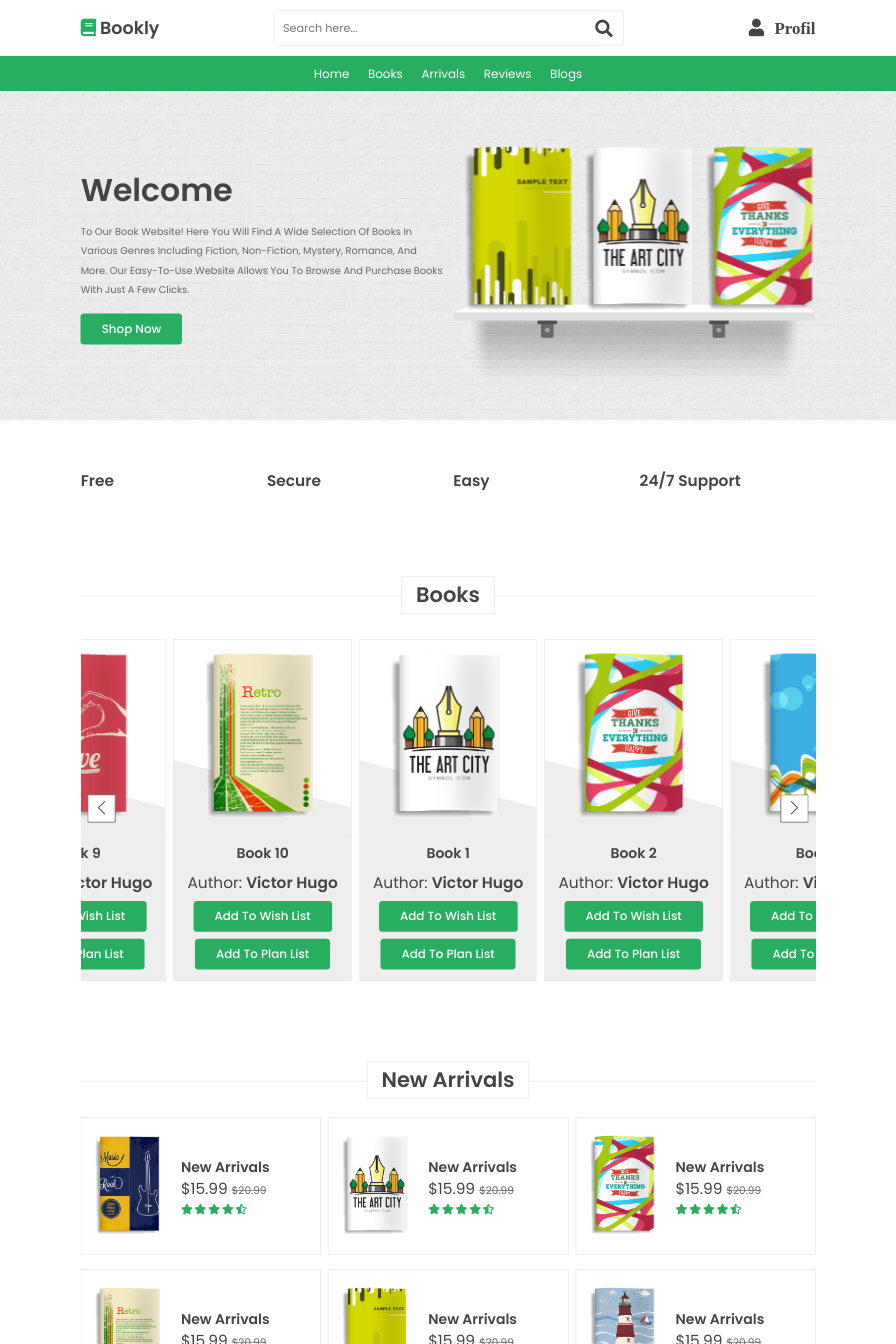
Repository: souhailaniba/Bookly
Page: public/assets/books webstie/index2.html
These files come from the project's save history. The page is drawn as it stood at one moment and after the next save; the edit follows.
The browser window is 1280 px wide. The pictures show the part of the page from y = 0 to 1920 px (the page is 4257 px tall), at 70% of full size.

Above is the page before, as saved 2023-01-27 03:36:58.

After the next save:
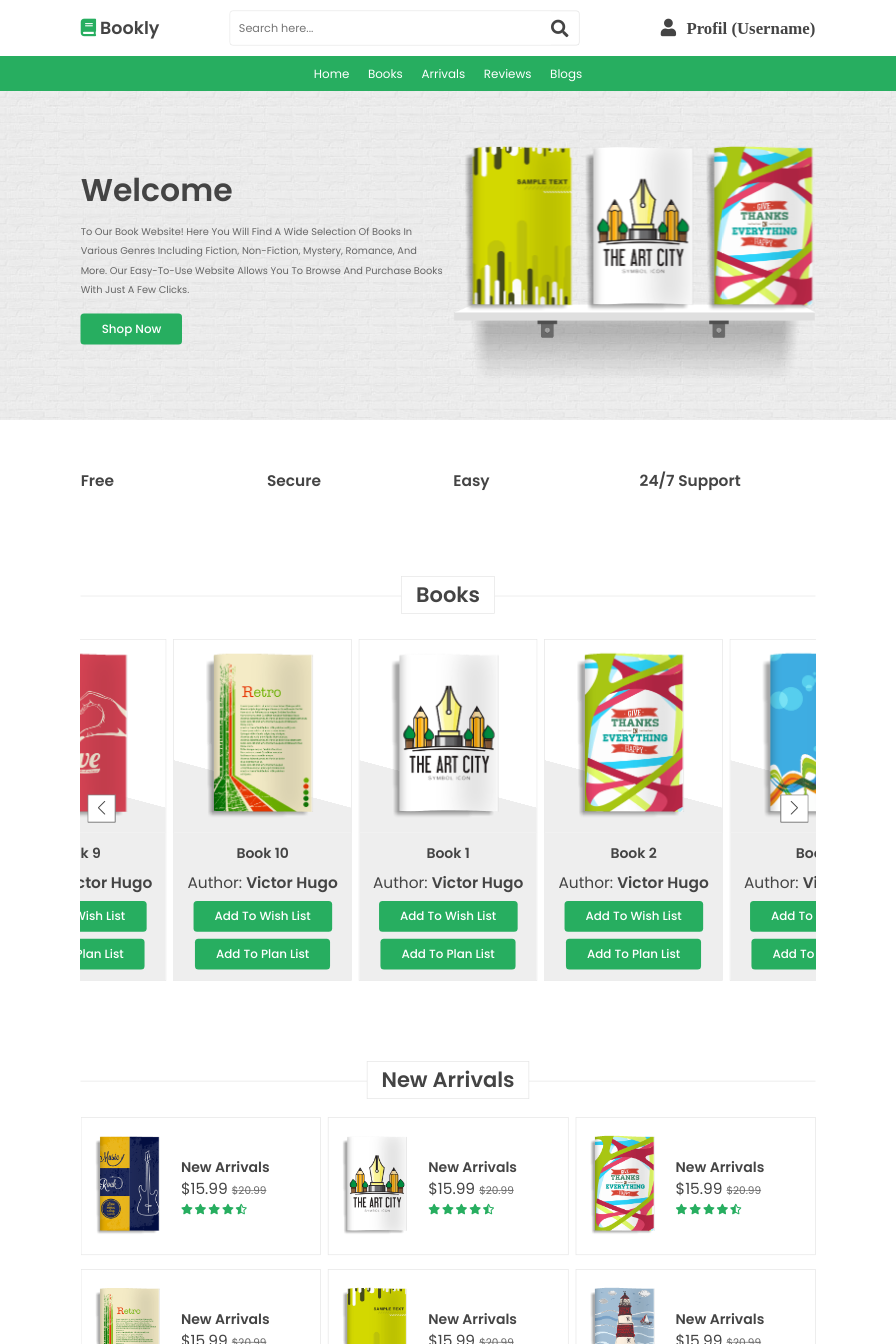
Saved 19 s later.
--- a/public/assets/books webstie/index2.html
+++ b/public/assets/books webstie/index2.html
@@ -32,7 +32,7 @@
 
         <div class="icons">
             <div id="search-btn" class="fas fa-search"></div>
-            <div id="login-btn" class="fas fa-user"><a href="./profil.html"  style="font-size:x-large;font-family: 'Times New Roman', Times, serif;">Profil</a></div>
+            <div id="login-btn" class="fas fa-user"><a href="./profil.html"  style="font-size:x-large;font-family: 'Times New Roman', Times, serif;">Profil (Username)</a></div>
         </div>
 
     </div>
